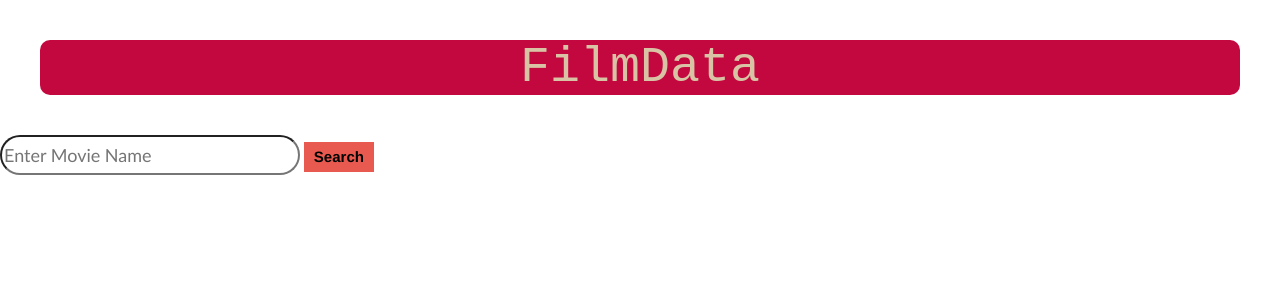
Repository: priyankajainmodi/film_data
Page: index.html
An editor plug-in stored every save of this project. The page is shown before and after the next save, followed by the edit.
The browser window is 1280 px wide. The pictures show the whole page.

Above is the page before, as saved 2021-11-26 17:19:59.

After the next save:
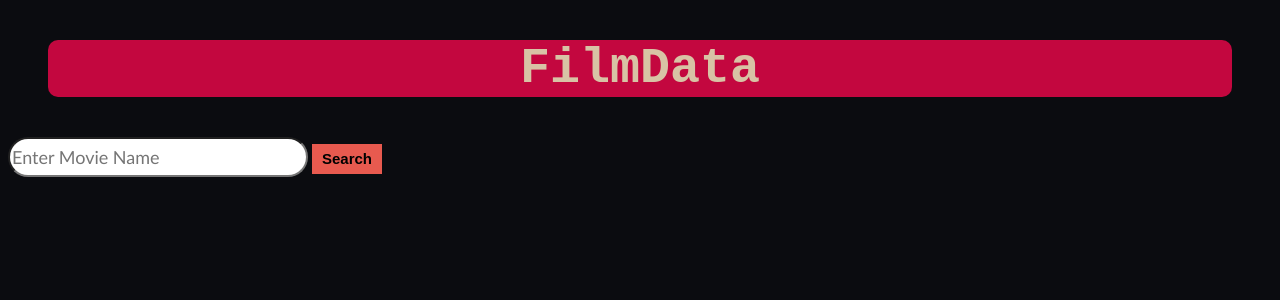
Saved 13 s later.
--- a/index.html
+++ b/index.html
@@ -5,14 +5,7 @@
 
     <link rel="icon" href="favicon/favicon.ico" type="image/x-icon">
     <link rel="stylesheet" href="https://cdnjs.cloudflare.com/ajax/libs/font-awesome/4.7.0/css/font-awesome.min.css">
-    <!-- Latest compiled and minified CSS -->
-    <link rel="stylesheet" href="https://maxcdn.bootstrapcdn.com/bootstrap/3.4.1/css/bootstrap.min.css">
 
-    <!-- jQuery library -->
-    <script src="https://ajax.googleapis.com/ajax/libs/jquery/3.5.1/jquery.min.js"></script>
-
-    <!-- Latest compiled JavaScript -->
-    <script src="https://maxcdn.bootstrapcdn.com/bootstrap/3.4.1/js/bootstrap.min.js"></script>
     <meta name="viewport" content="width=device-width, initial-scale=1.0">
     <style>
         #leftbox {
@@ -53,7 +46,7 @@
 
 </head>
 
-<body bgcolor="#000000">
+<body bgcolor="#0B0C10">
     <h1 id="heading" style="color:#D8C3A5;margin-bottom:50;border-radius:10px; text-align:center;font-family:monospace;background-color:#C3073F;font-size:50px;margin:40px;">FilmData</h1>
 
     <div id="enter">
